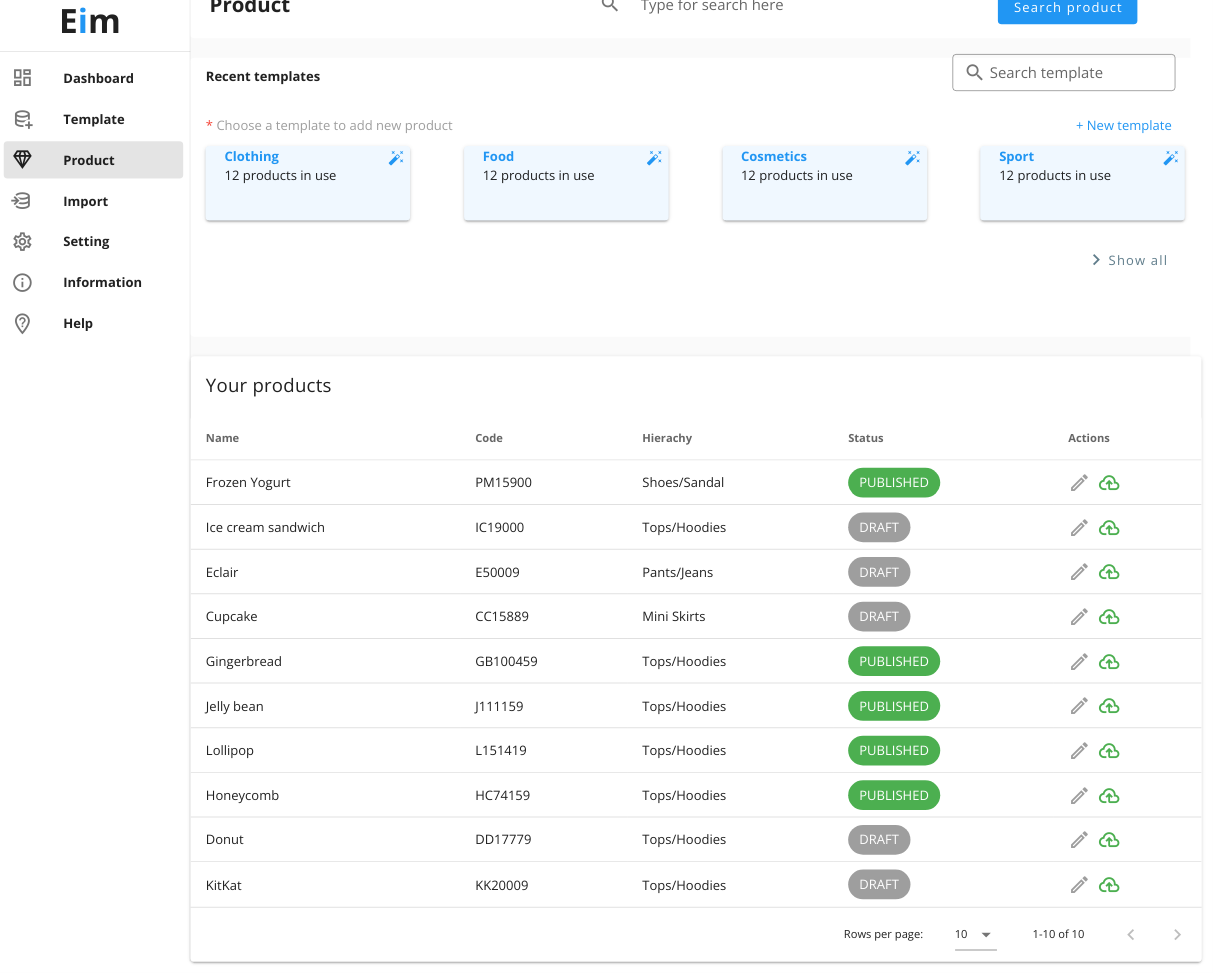
Repository: nguyenphuong152/pim-template
Page: /product
The author's editor kept a copy of each file at every save. The page is drawn from the files as they stood at one save, then again after the next save.
The browser window is 1280 px wide. The page is 1304 px wide, so the pictures cover 1304 px, including what lies to the right of the window. The pictures show the whole page, at 93% of full size.
The project was rebuilt for these pictures with package versions that can differ from the ones it lists, and the page was loaded fresh each time. Also part of the build but not shown: vue.config.js, src/views/Home.vue, src/components/Outcome_1/SearchTemplate.vue, src/components/Outcome_1/YourTemplate.vue, src/components/Outcome_1/ListComponent.vue, src/components/Outcome_1/AddInfo.vue, src/components/Outcome_1/AddDetail.vue, src/components/Outcome_1/ListComponentProgressive.vue and 18 more.

Above is the page before, as saved 2021-01-18 22:44:10.

After the next save:
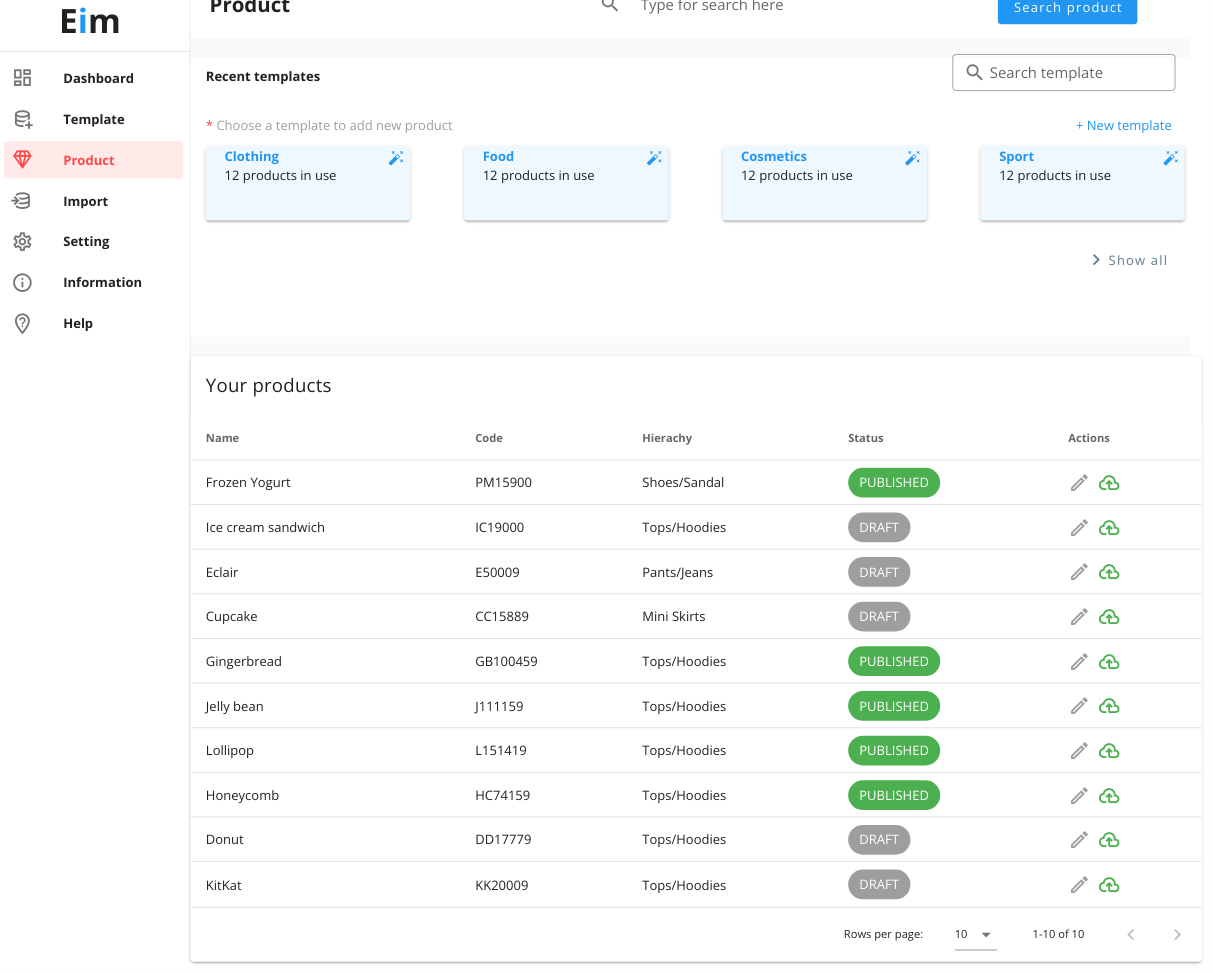
Saved 3 min 23 s later.
--- a/src/App.vue
+++ b/src/App.vue
@@ -49,7 +49,7 @@
               v-for="item in items"
               :key="item.title"
               :to="item.path"
-              color="FF4848"
+              color="#FF4848"
             >
               <v-list-item-icon>
                 <v-icon>{{ item.icon }}</v-icon>
